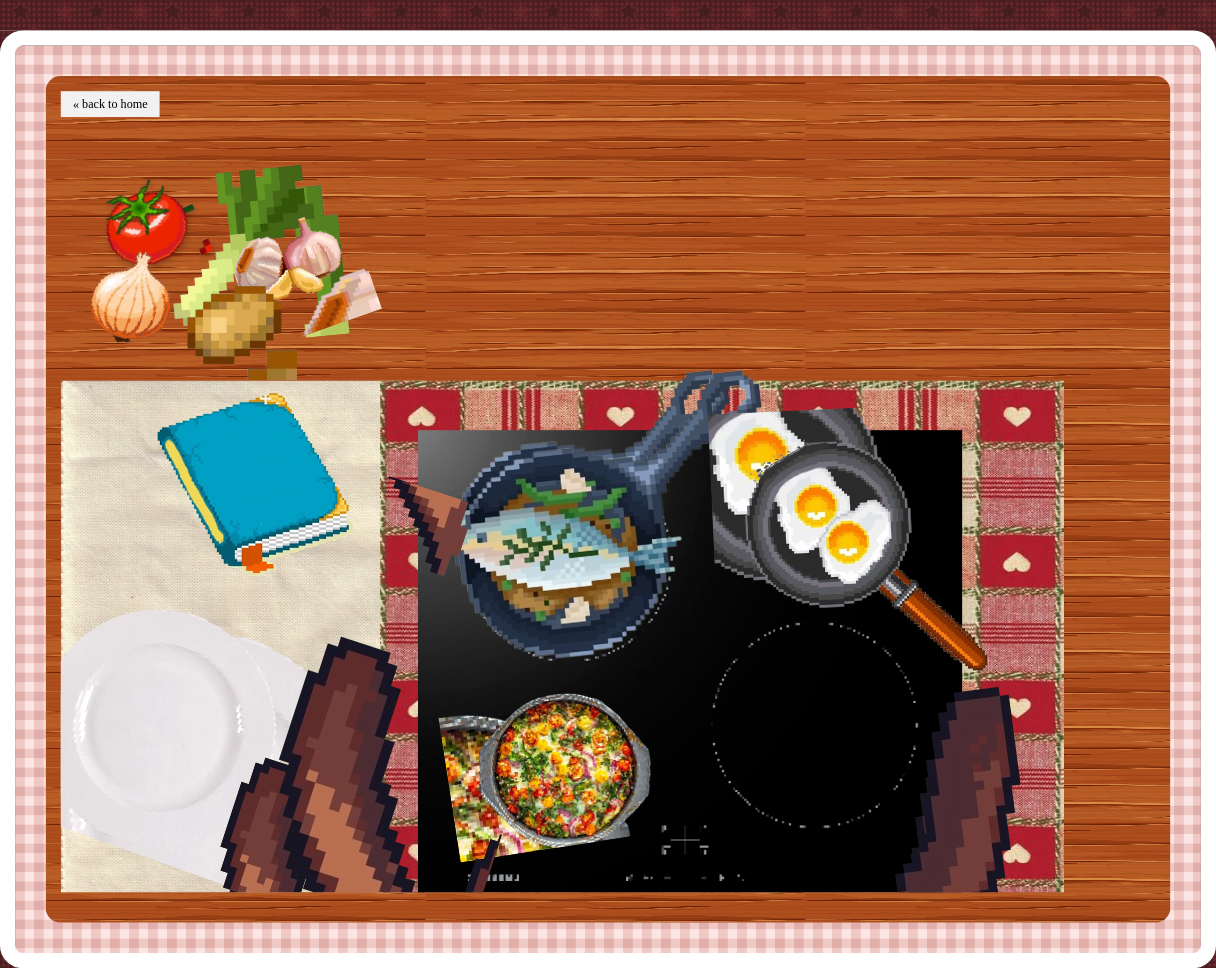
Repository: AJamdonuts/ToddyTalks
Page: playingaround2/pages/chefsujin.html
The author's editor kept a copy of each file at every save. The page is drawn from the files as they stood at one save, then again after the next save.
The browser window is 1280 px wide. The page is 1600 px wide, so the pictures cover 1600 px, including what lies to the right of the window. The pictures show the whole page, at 76% of full size.

Above is the page before, as saved 2025-11-28 14:15:37.

After the next save:
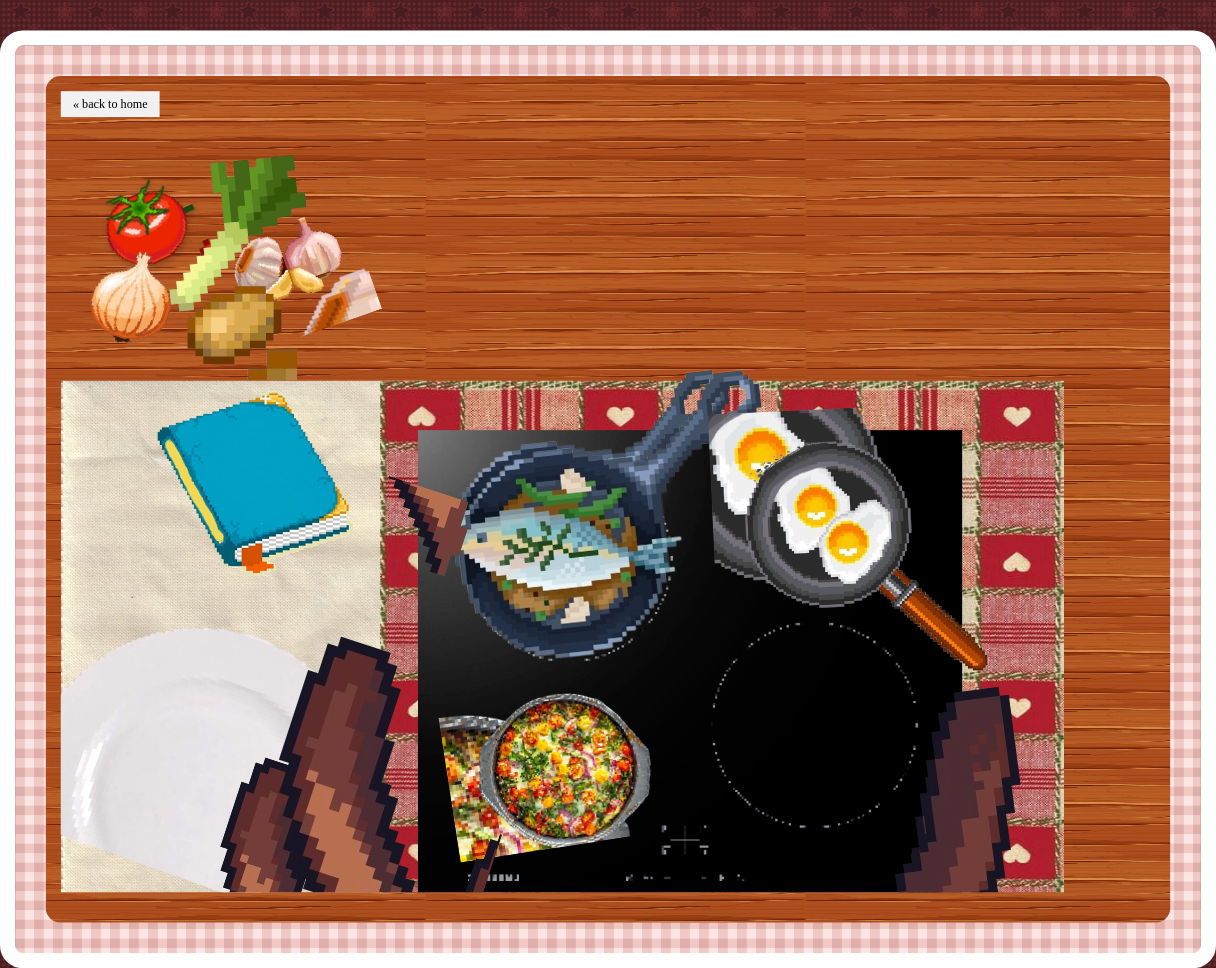
Saved 12 min 36 s later.
--- a/playingaround2/pages/chefsujin.html
+++ b/playingaround2/pages/chefsujin.html
@@ -29,12 +29,16 @@
                                 <img src="/playingaround2/images/pixil-frame-0-removebg-preview 1.png" class="recipebook">
                             </a>
                             <img src="/playingaround2/images/fishpan.png" class="fishpan">
-                            <img src="/playingaround2/images/leek-removebg-preview.png" class="leek">
+                            <a href="brocolliyum.html" class="leek-link">
+                                <img src="/playingaround2/images/leek-removebg-preview.png" class="leek">
+                            </a>
                             <img src="/playingaround2/images/garlic-removebg-preview.png" class="garlic">
                             <img src="/playingaround2/images/d95fa1e62c663504736614e026fc4862-removebg-preview.png" class="potato">
                             <img src="/playingaround2/images/pixil-frame-0-removebg-preview.png" class="eggpan" >
                             <img src="/playingaround2/images/pxArt-2-removebg-preview.png" class="vegpan">
-                            <img src="/playingaround2/images/pxArt-removebg-preview.png" class="plate">
+                            <a href="plateup.html" class="plate">
+                                <img src="/playingaround2/images/pxArt-removebg-preview.png" class="plate">
+                            </a>
                             <img src="/playingaround2/images/tomato-removebg-preview.png" class="tomato">
                             <img src="/playingaround2/images/onion-removebg-preview.png" class="onion">
                             <img src="/playingaround2/images/IMG_0236_2-removebg-preview.png" class="beararm1" >
--- a/playingaround2/styles/chefsujin.css
+++ b/playingaround2/styles/chefsujin.css
@@ -84,15 +84,58 @@ main {
     background: url(d95fa1e62c663504736614e026fc4862-removebg-preview.png);
 }
 
+
+.leek-link {
+    position: absolute;
+    left: 90px;
+    top: 2%;
+    cursor: pointer;
+    z-index: 100;
+    display: inline-block;
+    background: transparent !important;
+}
+
+.leek-link:hover .leek {
+    transform: scale(1.03);
+    filter: drop-shadow(0 0 10px rgba(255, 255, 0, 0.9))
+            drop-shadow(0 0 20px rgba(255, 255, 0, 0.6));
+}
+
+
+.leek-link::after {
+    content: "Cook Food?"; /* The text that appears on hover */
+    position: absolute;
+    bottom: 50%; /* Places it just above the link */
+    left: 50%;
+    transform: translateX(-50%) translateY(-0px); /* Center it and add slight offset */
+    background-color: rgba(0, 0, 0, 0.7); /* Dark background for readability */
+    color: white;
+    border-radius: 5px;
+    white-space: nowrap; /* Keep text on one line */
+
+    opacity: 0; /* Hidden by default */
+    visibility: hidden; /* Hidden by default */
+    transition: opacity 0.3s ease-out, transform 0.3s ease-out, visibility 0.3s;
+
+    /* Ensure text is above everything else */
+    z-index: 200;
+}
+
+.leek-link:hover::after {
+    opacity: 1; /* Make visible on hover */
+    visibility: visible; /* Make visible on hover */
+    transform: translateX(-50%) translateY(0); /* Move into final position */
+}
+
 .leek {
-    position: absolute;
-    width: 257.96px;
-    height: 257.96px;
-    left: 109.95px;
-    top: 20px;
-    background: url(leek-removebg-preview.png);
+    width: 250px;   /* Set the exact width you want */
+    height: auto;   /* maintain aspect ratio */
+    pointer-events: none;
     transform: rotate(-5.62deg);
 }
+
+
+
 
 .garlic {
     position: absolute;
